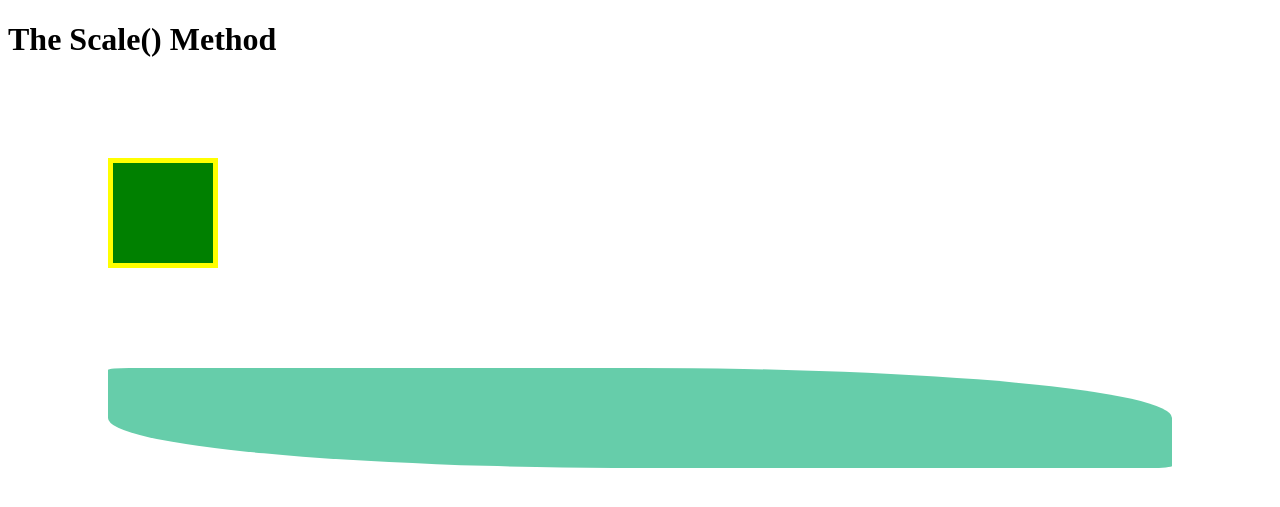
Repository: BhardwajMonika/core-java
Page: HTML2/WebContent/Scale.html
The author's editor kept a copy of each file at every save. The page is drawn from the files as they stood at one save, then again after the next save.
The browser window is 1280 px wide. The pictures show the whole page.

Above is the page before, as saved 2019-02-27 10:11:58.

After the next save:
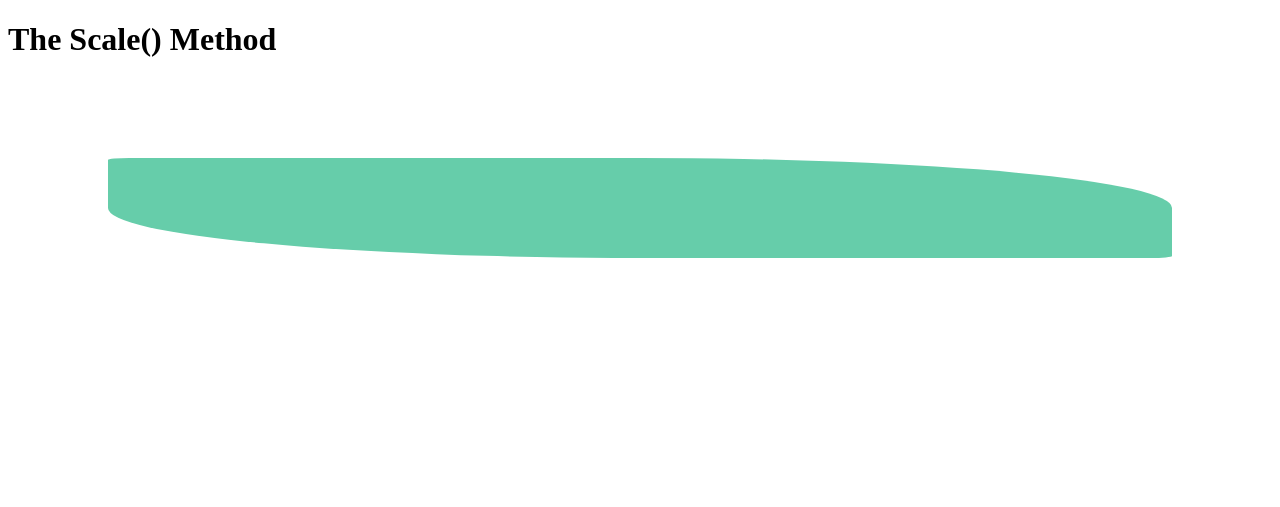
Saved 2 min 23 s later.
--- a/HTML2/WebContent/Scale.html
+++ b/HTML2/WebContent/Scale.html
@@ -29,7 +29,7 @@ transition-timing:ease-in-out;
 </head>
 <body>
 <h1>The Scale() Method</h1>
-<div class="sqaure"></div>
+<div class="square"></div>
 <div class="droplet"></div>
 </body>
 </html>

After the save that followed:
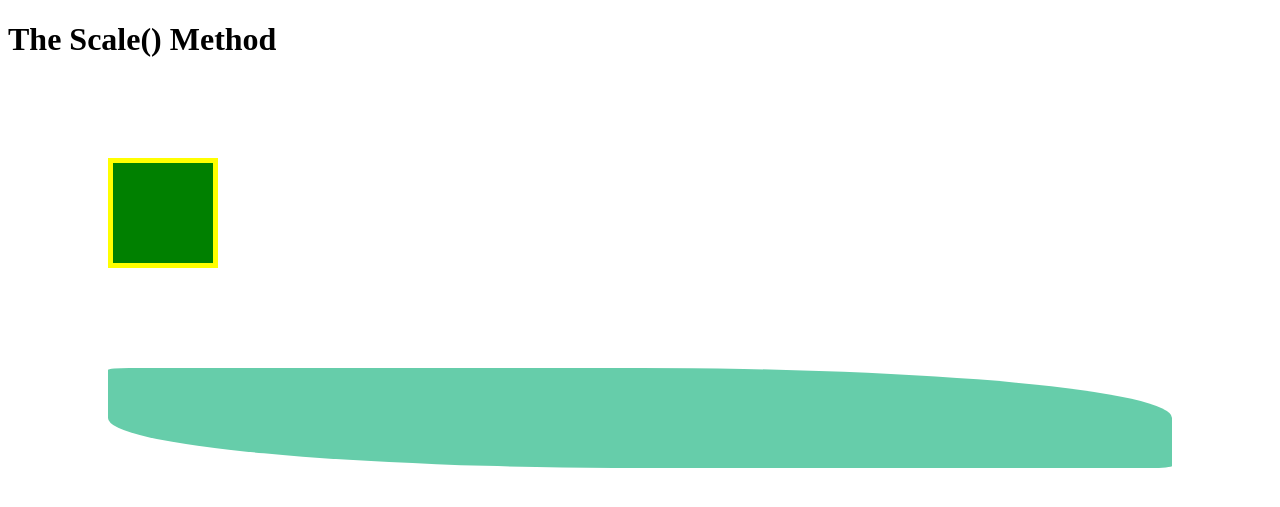
Saved 20 s later.
--- a/HTML2/WebContent/Scale.html
+++ b/HTML2/WebContent/Scale.html
@@ -2,7 +2,7 @@
 <html>
 <head>
 <style type="text/css">
-.sqaure{
+.square{
 width:100px;
 height:100px;
 background-color:green;
